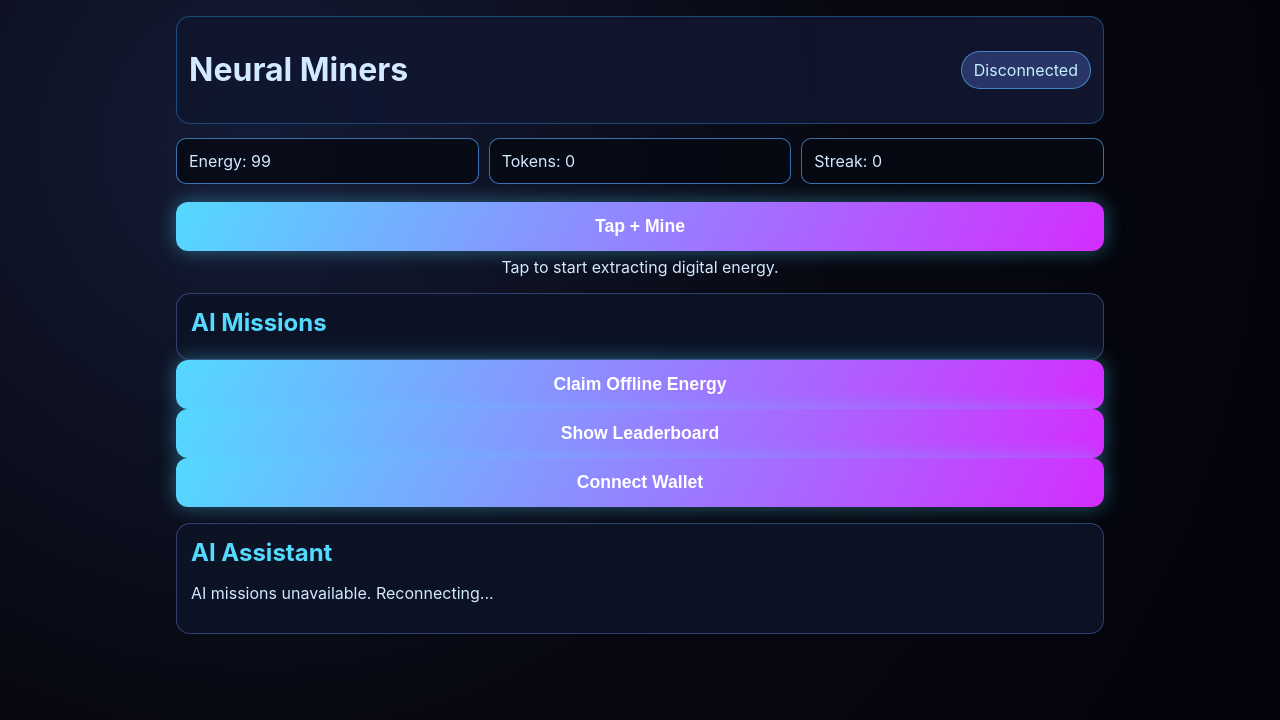
Repository: prasadreddys/neural-miners
Page: app/index.html
The author's editor kept a copy of each file at every save. The page is drawn from the files as they stood at one save, then again after the next save.
The browser window is 1280 px wide. The pictures show the whole page.
The page's requests for data from a server got no answer. Some web libraries are served in a nearby version.

Above is the page before, as saved 2026-03-27 23:18:28.

After the next save:
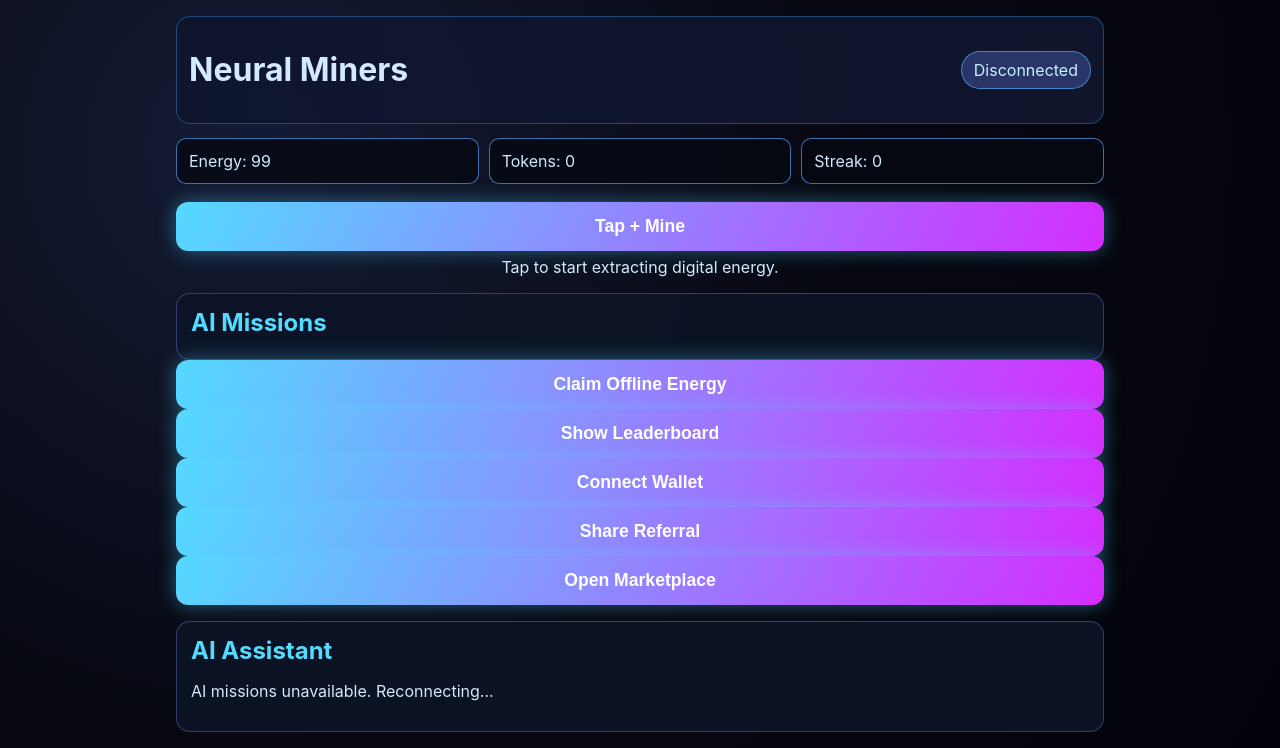
Saved 7 s later.
--- a/app/index.html
+++ b/app/index.html
@@ -33,6 +33,14 @@
       <button id="claim-idle">Claim Offline Energy</button>
       <button id="show-leaderboard">Show Leaderboard</button>
       <button id="connect-wallet">Connect Wallet</button>
+      <button id="send-referral">Share Referral</button>
+      <button id="open-market">Open Marketplace</button>
+    </section>
+
+    <section class="marketplace" id="marketplace" hidden>
+      <h2>Marketplace</h2>
+      <ul id="market-list"></ul>
+      <button id="refresh-market">Refresh</button>
     </section>
 
     <section class="leaderboard" id="leaderboard" hidden>
